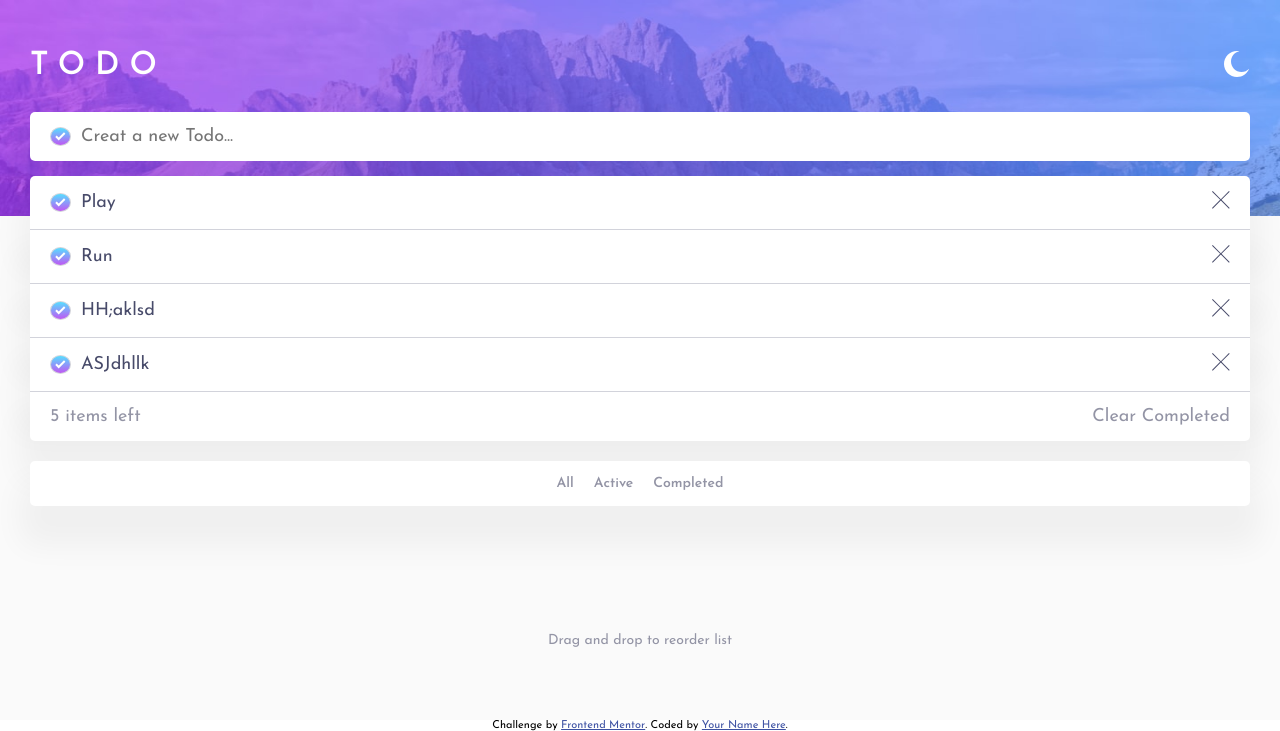
Repository: Baraajad231/Todo-app
Page: /
An editor plug-in stored every save of this project. The page is shown before and after the next save, followed by the edit.
The browser window is 1280 px wide. The pictures show the whole page.
The project was rebuilt for these pictures with package versions that can differ from the ones it lists, and the page was loaded fresh each time. Also part of the build but not shown: vite.config.js.

Above is the page before, as saved 2025-12-30 13:32:41.

### index.html
<!DOCTYPE html>
<html lang="en" data-theme="light">
  <head>
    <meta charset="UTF-8" />
    <meta name="viewport" content="width=device-width, initial-scale=1.0" />
    <!-- displays site properly based on user's device -->

    <link
      rel="icon"
      type="image/png"
      sizes="32x32"
      href="./images/favicon-32x32.png"
    />

    <title>Frontend Mentor | Todo app</title>

    <!-- Feel free to remove these styles or customise in your own stylesheet 👍 -->
    <style>
      .attribution {
        font-size: 11px;
        text-align: center;
      }
      .attribution a {
        color: hsl(228, 45%, 44%);
      }
    </style>

    <link rel="preconnect" href="https://fonts.googleapis.com" />
    <link rel="preconnect" href="https://fonts.gstatic.com" crossorigin />
    <link
      href="https://fonts.googleapis.com/css2?family=Josefin+Sans:ital,wght@0,100..700;1,100..700&display=swap"
      rel="stylesheet"
    />

    <link rel="stylesheet" href="./styles/style.scss" />
  </head>
  <body>
    <div class="container">
      <picture class="background-Wrapper">
        <source
          media="(min-width:465px)"
          srcset="images/bg-desktop-light.jpg"
        />
        <img
          src="images/bg-mobile-light.jpg"
          alt="bg-mobile-light"
          class="background background-light"
        />
      </picture>

      <div class="todo">
        <div class="todo__header">
          <h1 class="todo__title">TODO</h1>
          <button class="todo__theme button">
            <img src="images/icon-moon.svg" alt="moon icon" />
          </button>
        </div>
        <ul class="todo__list">
          <li class="todo__list__row todo__list__row-input">
            <button class="checkbox button">
              <img
                src="./images/icon-check.svg"
                alt="check"
                class="checkbox__icon"
              />
            </button>
            <input
              type="text"
              placeholder="Creat a new Todo..."
              class="todo__list__input"
            />
          </li>

          <li class="todo__list__row">
            <button class="checkbox button">
              <img
                src="./images/icon-check.svg"
                alt="check"
                class="checkbox__icon"
              />
            </button>
            <span class="todo__list__task">Play</span>
            <button class="remove-btn button">
              <img src="./images/icon-cross.svg" alt="" class="remove-icon" />
            </button>
          </li>
          <li class="todo__list__row">
            <button class="checkbox button">
              <img
                src="./images/icon-check.svg"
                alt="check"
                class="checkbox__icon"
              />
            </button>
            <span class="todo__list__task">Run</span>
            <button class="remove-btn button">
              <img src="./images/icon-cross.svg" alt="" class="remove-icon" />
            </button>
          </li>
          <li class="todo__list__row">
            <button class="checkbox button">
              <img
                src="./images/icon-check.svg"
                alt="check"
                class="checkbox__icon"
              />
            </button>
            <span class="todo__list__task">HH;aklsd</span>
            <button class="remove-btn button">
              <img src="./images/icon-cross.svg" alt="" class="remove-icon" />
            </button>
          </li>
          <li class="todo__list__row">
            <button class="checkbox button">
              <img
                src="./images/icon-check.svg"
                alt="check"
                class="checkbox__icon"
              />
            </button>
            <span class="todo__list__task">ASJdhllk</span>
            <button class="remove-btn button">
              <img src="./images/icon-cross.svg" alt="" class="remove-icon" />
            </button>
          </li>
          <li class="todo__list__row todo__list__row--meta">
            <div class="todo__items-left">
              <span class="todo__items-count">5</span>
              <span class="todo__items-text">items left</span>
            </div>

            <button class="todo__list-clear button">Clear Completed</button>
          </li>

          <li class="todo__list__row todo__list__row--filter">
            <button class="todo__list-all button button-filter">All</button>
            <button class="todo__list-active button button-filter">
              Active
            </button>
            <button class="todo__list-completed button button-filter">
              Completed
            </button>
          </li>
        </ul>
      </div>
    </div>
    <p class="note">Drag and drop to reorder list</p>

    <div class="attribution">
      Challenge by
      <a href="https://www.frontendmentor.io?ref=challenge" target="_blank"
        >Frontend Mentor</a
      >. Coded by <a href="#">Your Name Here</a>.
    </div>
  </body>
</html>

### styles/style.scss
/*variables*/
:root {
  /* ===== Brand / Primary ===== */
  --color-primary: hsl(220, 98%, 61%);

  --gradient-check: linear-gradient(hsl(192, 100%, 67%), hsl(280, 87%, 65%));

  /* ===== Typography ===== */
  --font-family-base: "Josefin Sans", sans-serif;
  --font-size-base: 16px;
  --font-weight-regular: 400;
  --font-weight-bold: 700;
}

:root[data-theme="light"] {
  --color-bg: hsl(0, 0%, 98%);
  --color-surface: #ffffff;

  --color-text-primary: hsl(235, 19%, 35%);
  --color-text-secondary: hsl(236, 9%, 61%);

  --color-border: hsl(233, 11%, 84%);
  --color-completed: hsl(234, 39%, 85%);
}

:root[data-theme="dark"] {
  --color-bg: hsl(235, 21%, 11%);
  --color-surface: hsl(235, 24%, 19%);

  --color-text-primary: hsl(234, 39%, 85%);
  --color-text-secondary: hsl(236, 9%, 61%);

  --color-border: hsl(237, 14%, 26%);
  --color-muted: hsl(233, 14%, 35%);
}

/* Reset */
* {
  margin: 0;
  padding: 0;
  font: inherit;
}

*,
*::after,
*::before {
  box-sizing: border-box;
}

a {
  color: inherit;
  display: inline-block;
}

button,
[type="submit"] {
  background-color: transparent;
  border: none;
  cursor: pointer;
}

ul,
ol {
  list-style: none;
}

html {
  font-size: 62.5%;
}

body {
  font-size: 1.6rem;
  font-family: var(--font-family-base);
  color: var(--color-text-primar);
}
/* End Reset */

/*container*/
.container {
  position: relative;
  height: 100vh;
  background-color: var(--color-bg);
}
.background {
  width: 100vw;
  @media (min-width: 769px) {
    height: 30%;
  }
}

.todo {
  display: flex;
  flex-direction: column;
  gap: 3rem;
  position: absolute;
  top: 0;
  width: calc(100% - 6rem);
  margin: 5rem 3rem;

  &__header {
    display: flex;
    justify-content: space-between;
    .todo__title {
      font-size: 2.4rem;
      color: white;
      letter-spacing: 1rem;
      font-weight: 600;

      @media (min-width: 769px) {
        font-size: 3.2rem;
      }
    }
  }

  &__list {
    font-size: 1.2rem;

    @media (min-width: 769px) {
      font-size: 1.8rem;
    }

    &__row {
      background-color: var(--color-surface);
      padding: 1.5rem 2rem;
      display: flex;
      align-items: center;
      color: var(--color-text-primary);
      box-shadow: 0 3rem 3rem 1rem rgba(0, 0, 0, 0.045);
      &--completed {
        text-decoration: line-through;
        color: var(--color-completed);
      }
      &:nth-child(2) {
        border-radius: 0.5rem 0.5rem 0 0;
      }

      & .checkbox {
        border: 1px solid var(--color-border);
        border-radius: 50%;
        background: var(--gradient-check);
        margin-right: 1rem;
        display: flex;
        align-items: center;
        justify-content: center;

        &__icon {
          padding: 0.4rem;
        }
      }

      & .todo__list__task {
        margin-right: auto;
      }
      &-input {
        margin-bottom: 1.5rem;

        & .todo__list__input {
          border: none;
          background-color: transparent;

          &:focus {
            outline: none;
            caret-color: var(--color-primary);
          }
        }
      }

      &:not(&-input, &--filter, &--meta) {
        border-bottom: 1px solid var(--color-border);
      }

      &--meta {
        display: flex;
        justify-content: space-between;

        border-radius: 0 0 0.5rem 0.5rem;
      }

      &--filter {
        display: flex;
        justify-content: center;
        gap: 2rem;
        margin-top: 2rem;
        font-size: 1.4rem;
      }
      &--filter,
      &-input {
        border-radius: 0.5rem;
      }
      &--filter,
      &--meta {
        color: var(--color-text-secondary);
      }
    }
  }
}

.note {
  position: absolute;
  bottom: 10%;
  left: 50%;
  transform: translateX(-50%);
  width: max-content;
  font-size: 1.4rem;
  color: var(--color-text-secondary);
}

.button {
  color: var(--color-text-secondary);

  &:active {
    transform: scale(0.9);
    color: var(--color-text-primary);
  }

  &-filter {
    &:focus {
      color: var(--color-primary);
    }
    font-weight: 600;
  }
}

After the next save:
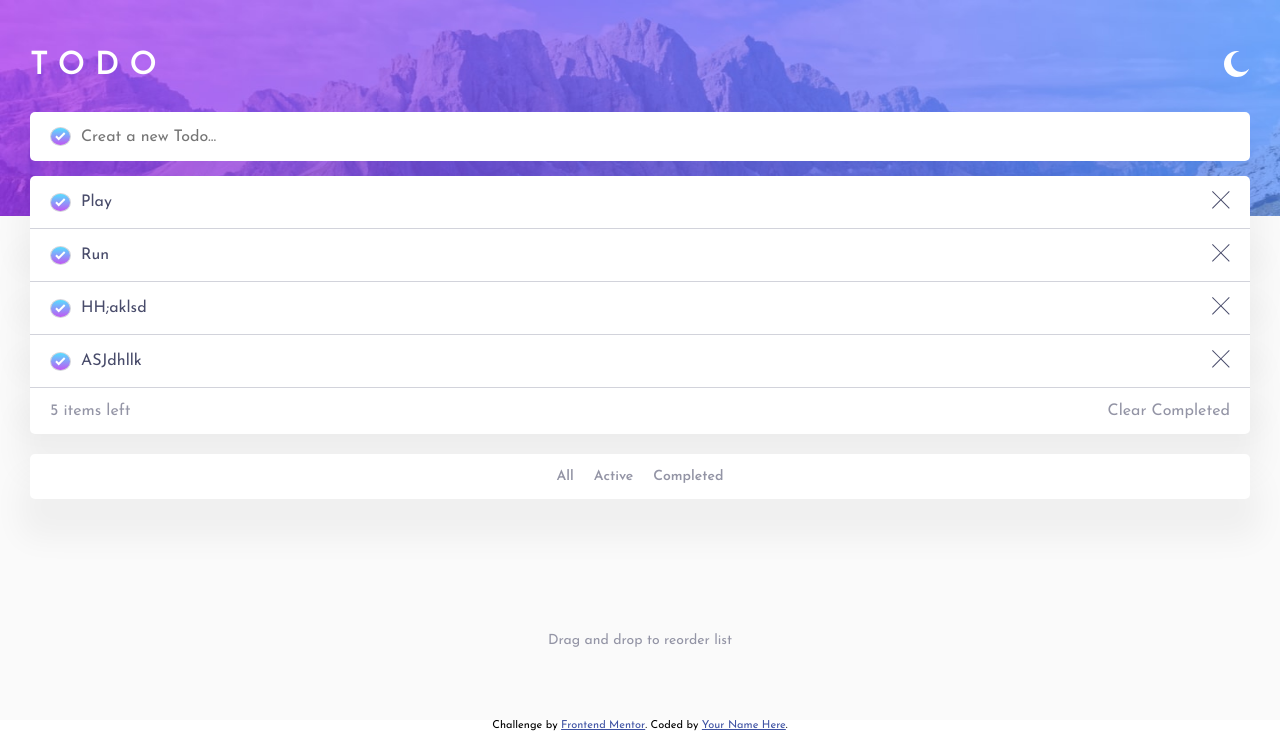
Saved 12 s later.
--- a/styles/style.scss
+++ b/styles/style.scss
@@ -116,7 +116,7 @@ body {
     font-size: 1.2rem;
 
     @media (min-width: 769px) {
-      font-size: 1.8rem;
+      font-size: 1.6rem;
     }
 
     &__row {
